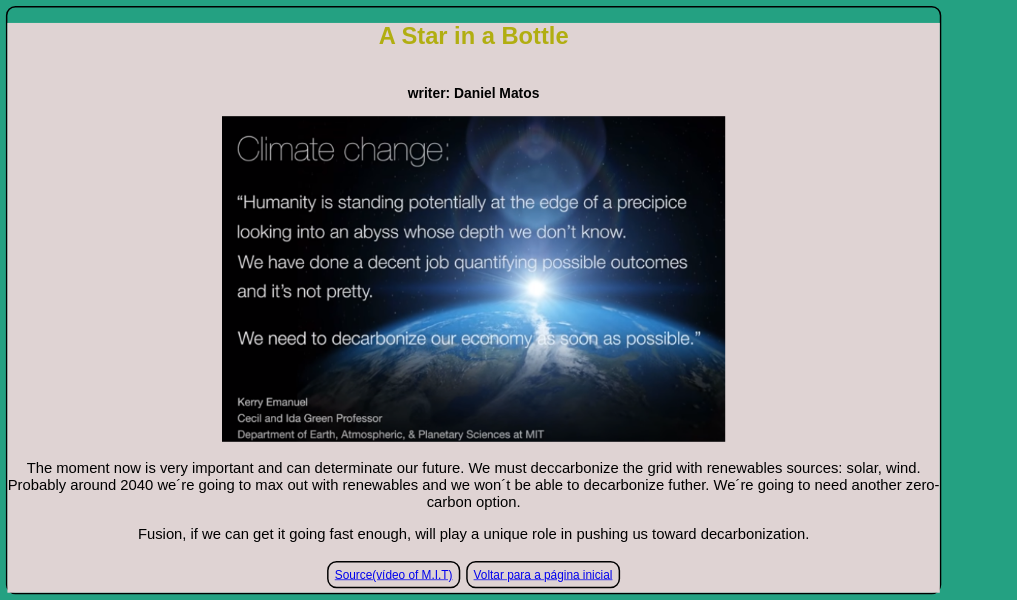
Repository: batmit/FutureFundation.github.io-1
Page: menu/articles/ciencias/energia/star_ina_bottle.html
An editor plug-in stored every save of this project. The page is shown before and after the next save, followed by the edit.
The browser window is 1280 px wide. The page is 1280 px wide, then 1374 px, so the pictures cover 1374 px, including what lies to the right of the window. The pictures show the whole page, at 74% of full size.

Above is the page before, as saved 2021-09-11 13:56:57.

After the next save:
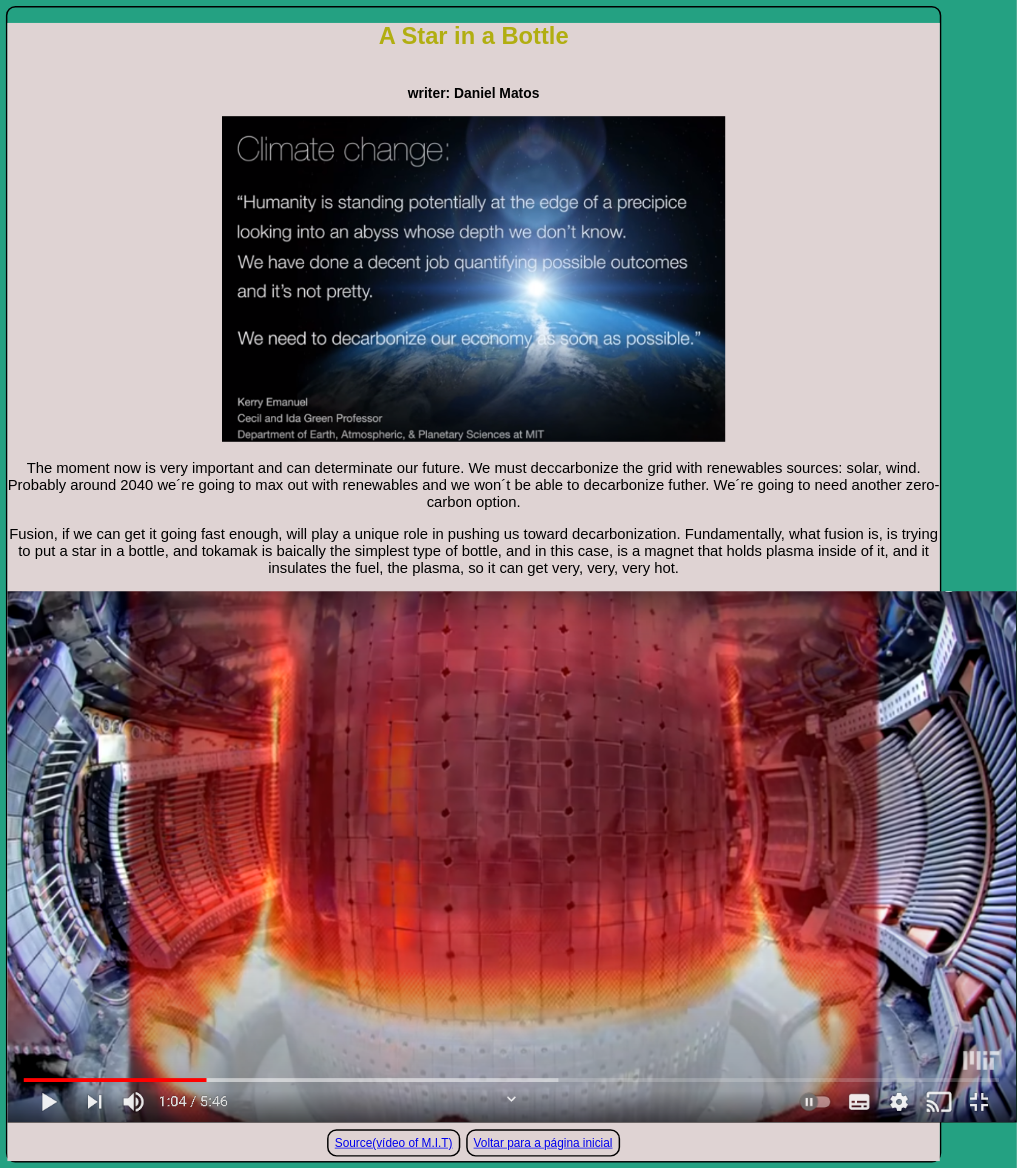
Saved 4 min 1 s later.
--- a/menu/articles/ciencias/energia/star_ina_bottle.html
+++ b/menu/articles/ciencias/energia/star_ina_bottle.html
@@ -21,7 +21,9 @@
         <img src="./climate_change.PNG" alt="climate_change_and our economy">
         <p>The moment now is very important and can determinate our future. We must deccarbonize the grid with renewables sources: solar, wind. Probably around 2040 we´re going to max out with renewables and we won´t be able to decarbonize futher. We´re going to need another zero-carbon option.</p>
 
-        <p>Fusion, if we can get it going fast enough, will play a unique role in pushing us toward decarbonization. </p>
+        <p>Fusion, if we can get it going fast enough, will play a unique role in pushing us toward decarbonization. Fundamentally, what fusion is, is trying to put a star in a bottle, and tokamak is baically the simplest type of bottle, and in this case, is a magnet that holds plasma inside of it, and it insulates the fuel, the plasma, so it can get very, very, very hot.  </p>
+
+        <img src="./star_ina_bottle.PNG" alt="">
 
 
 
